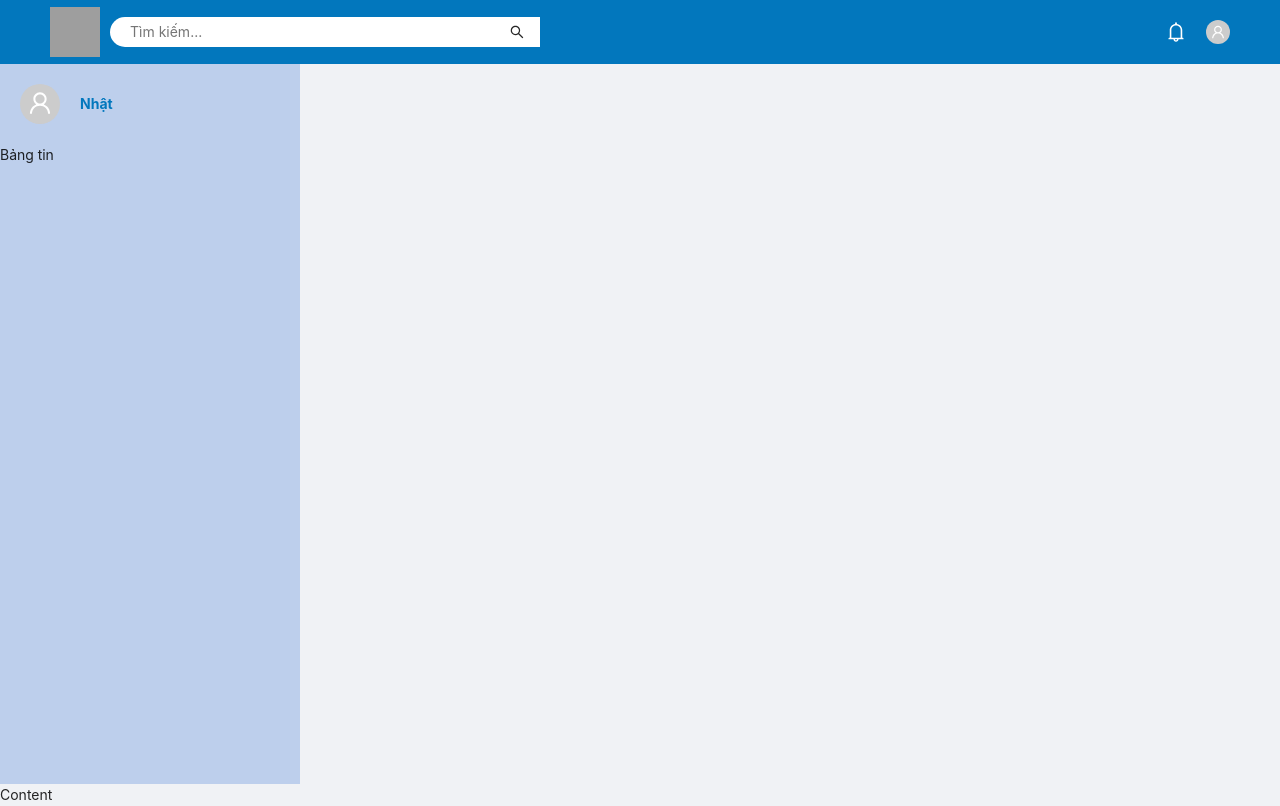
Repository: baonhat27/SocialNetwork_FE
Page: /home
These files come from the project's save history. The page is drawn as it stood at one moment and after the next save; the edit follows.
The browser window is 1280 px wide. The pictures show the whole page.
Pictures or frames that could not be fetched are drawn as grey boxes. The project was rebuilt for these pictures with package versions that can differ from the ones it lists, and the page was loaded fresh each time. Also part of the build but not shown: src/containers/home/component/HomeComponent.module.css, src/containers/loginPage/component/LoginPageComponent.module.css, src/components/Input/Input.module.css, src/components/Input/Input.js, src/components/Button/Button.module.css, src/components/Button/Button.js, src/containers/loginPage/component/LoginPageComponent.js, src/containers/loginPage/LoginPageContainer.js.

Above is the page before, as saved 2022-03-09 21:38:32.

After the next save:
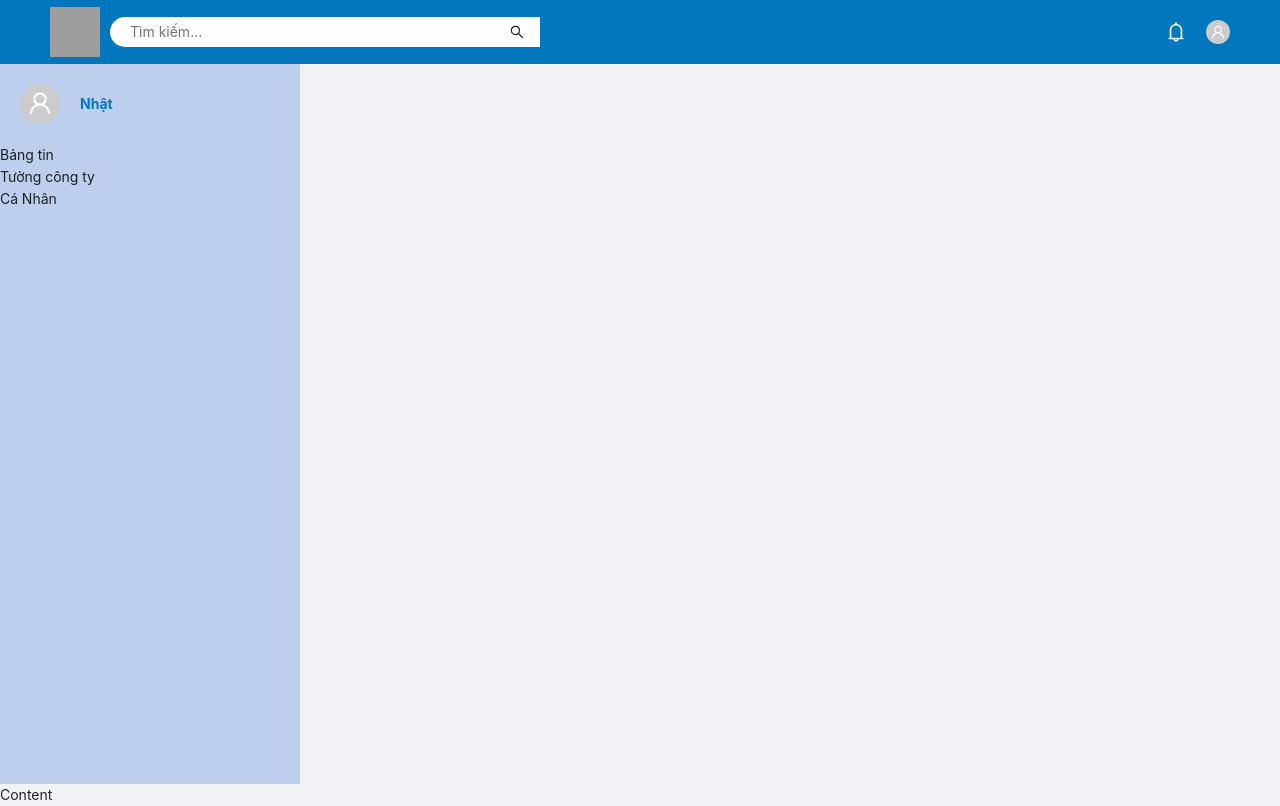
Saved 31 s later.
--- a/src/containers/sider/component/SiderComponent.js
+++ b/src/containers/sider/component/SiderComponent.js
@@ -14,6 +14,8 @@ const SiderComponent = (props) => {
             <div>
                 Bảng tin
             </div>
+            <div>Tường công ty</div>
+            <div>Cá Nhân</div>
         </div>
     );
 };
